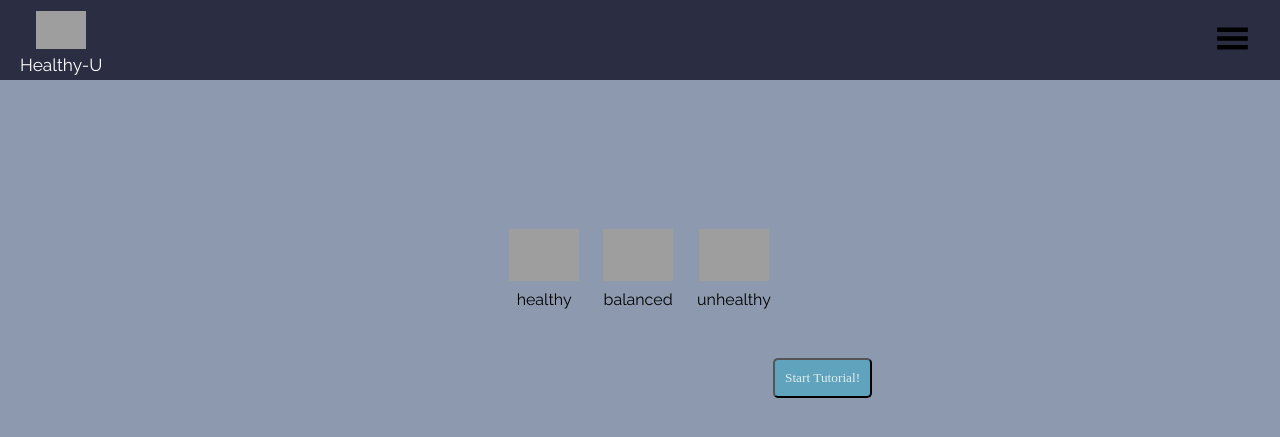
Repository: smashy09/healthy-share
Page: /InformationPage
An editor plug-in stored every save of this project. The page is shown before and after the next save, followed by the edit.
The browser window is 1280 px wide. The pictures show the whole page.
Pictures or frames that could not be fetched are drawn as grey boxes. The project was rebuilt for these pictures with package versions that can differ from the ones it lists, and the page was loaded fresh each time. The framework's server and built-in components were replaced by stand-ins that run in the browser. Also part of the build but not shown: next.config.js.

Above is the page before, as saved 2020-05-14 23:45:50.

### pages/_app.js
// import App from 'next/app'
import './app.css';

function MyApp({ Component, pageProps }) {
    return <Component {...pageProps} />
  }

  // Only uncomment this method if you have blocking data requirements for
  // every single page in your application. This disables the ability to
  // perform automatic static optimization, causing every page in your app to
  // be server-side rendered.
  //
  // MyApp.getInitialProps = async (appContext) => {
  //   // calls page's `getInitialProps` and fills `appProps.pageProps`
  //   const appProps = await App.getInitialProps(appContext);
  //
  //   return { ...appProps }
  // }

  export default MyApp

### pages/_document.js
import Document, { Html, Head, Main, NextScript } from 'next/document'


class MyDocument extends Document {
  static async getInitialProps(ctx) {
    const initialProps = await Document.getInitialProps(ctx)
    return { ...initialProps }
  }

  render() {
    return (
      <Html>
        <Head />
        <body>
        <link href="https://fonts.googleapis.com/css2?family=Raleway&display=swap" rel="stylesheet"></link>
          <Main />
          <NextScript />
        </body>
      </Html>
    )
  }
}

export default MyDocument

### pages/InformationPage/index.js
import Router from 'next/router';
import React from 'react';
import './info.css';
import Header from '../../comps/Header';
import CustomText from '../../comps/CustomText';
import CustomButton from '../../comps/CustomButton';

//Info Page


function NextPage(){
    Router.push("/AnimationPage1");
}
//homePage
const healthyImg = require('./healthyicon.png');
const balancedImg = require('./balancedicon.png');
const unhealthyImg = require('./unhealthyicon.png');

const InformationPage = ({backgroundColor, healthytxt, balancedtxt, unhealthytxt, healthyImg, balancedImg, unhealthyImg}) => <div
style={{backgroundColor:backgroundColor}}

  id="All_info_page">
    <Header/>
    <CustomText fontSize={22}  text="Welcome to Healthy-U!"/>
    <CustomText fontSize={18}  text="Health-U goal is to help you be more aware of
your lifestyle by gathering information based on
your answers for the survey!"/>
 <CustomText fontSize={22} text="How to Use!"/>
 <CustomText fontSize={18} text="Whenever you're ready just click start survey.
There will be 3 questions
Pick the answer that represents you the closest."/>
  <div className="card_answers">
        <div className="options">
            <img src={healthyImg} />
            {healthytxt}
        </div>

        <div className="options">
           <img src={balancedImg} />
            {balancedtxt}
         </div>

        <div className="options">
           <img src={unhealthyImg} />
            {unhealthytxt}
        </div>
    </div>
<CustomText fontSize={18} text="After answering you will be given results
filled with info on how to become a better U! "/>
<div className="info_button">
<CustomButton className="R_button" text="Start Tutorial!" onClick={NextPage}/>
</div>
</div>

InformationPage.defaultProps = {
    place:"New Button",
    color:"#000",
    healthytxt:"healthy",
    balancedtxt:"balanced",
    unhealthytxt:"unhealthy",
    healthyImg:healthyImg,
    balancedImg:balancedImg,
    unhealthyImg:unhealthyImg,
}
export default InformationPage;

### pages/app.css
*{
    font-family: 'Raleway', sans-serif;
}

### pages/InformationPage/info.css
body {
    background-color: #8D99AE;
}

.All_info_page{
    text-align: center;

}
.All_info_page p{
 margin-bottom: 2px;
}

.card_answers{
    display: flex;
    justify-content: center;
    align-items: center;
}

.options{
    display: inline-flex;
    flex-direction: column;
    align-items: center;
    /* border: solid 1px gray; */
    border-radius: 25px;
    margin: 10px;
    padding: 2px;

}

.options img{
    width: 70px;
    height: 70px;
    object-fit: contain;
}

.info_button{
    position: absolute;
    left: 60%;
}

### comps/Header/index.js
import React from 'react';
import Link from 'next/link';
import './header.css'
import {GiHamburgerMenu} from 'react-icons/gi';


const logoImg = require('./logo.png');

const Header = ({ text, color, fontSize, text1, text2, text3,text4, lineHeight}) => <div>
    <div className="HeaderContainer">
        <div className="HeaderLogo" style={{color, fontSize}} > <Link href="/HomePage"><img src={logoImg}/></Link><div>{text}</div></div>
        <div className="HamburgerMenu" onClick={MenuToggle}><GiHamburgerMenu size="35" /></div>
        <div className="HamburgermenuContainer" style={{fontSize, lineHeight}}>
        <Link href="/InformationPage"><div className="HamburgerItem">{text4}</div></Link>
            <Link href="/AnimationPage1"><div className="HamburgerItem">{text1}</div></Link>
            <Link href="/Survey1"><div className="HamburgerItem">{text2}</div></Link>
            <Link href="/ResultPage"><div className="HamburgerItem">{text3}</div></Link>
        </div>
    </div>
</div>

Header.defaultProps = {
    text: "Healthy-U",
    color: "#fff",
    fontSize: "13pt",
    text1: "Tutorial",
    text2: "Survey",
    text3: "Result",
    text4: "Information",
    lineHeight: "2em"
}


var menuState = false;
function MenuToggle() {
    if (menuState === true) {
        document.querySelector(".HamburgermenuContainer").style.display = "none";
        menuState = false;

    } else {
        document.querySelector(".HamburgermenuContainer").style.display = "block";
        menuState = true;
    }
}

export default Header;

### comps/CustomText/index.js
import React from 'react';
import './text.css';


//text

const CustomText = () => <div className="custom_text_box">
<p className="custom_text"></p>
</div>

CustomText.defaultProps = {
    color:"#3A3D42",
    text:"Hello There!",
    fontSize:"10px"
}

export default CustomText;

### comps/CustomButton/index.js
import React from 'react';
import './button.css';

//madec the UI

const CustomButton = ({text, backgroundColor, color, onClick}) => <div className="custom_button_box">
<button className="custom_button" style={{backgroundColor:backgroundColor, color:color}} onClick={onClick} > {text} </button>
</div>

function ButtonClick() {
    alert("clicked")
}

CustomButton.defaultProps = {
    backgroundColor:"#60a3bc",
    color:"#DEEDEC",
    text:"Start Survey",
    onClick:ButtonClick
}
export default CustomButton;

### comps/Header/header.css
body, html{
    margin:0;
}

.HeaderContainer {
    width: 100%;
    height: 80px;
    background-color:#2B2D42;
    display: inline-flex;
    align-items: center;
}

.HeaderLogo:hover {
    opacity: 0.7;
}

.HeaderLogo:hover {
    opacity: 0.7;
}

.HamburgerMenu {
    position: absolute;
    right: 30px;
}

.HamburgerMenu:hover{
    color: white;
}

.HeaderLogo {
    padding-left: 20px;
    display: inline-flex;
    flex-direction: column;
    align-items: center;
    justify-content: center;
}

.HeaderLogo img{
    width: 50px;
    height: 50px;
    object-fit: contain;

}

.HamburgermenuContainer {
    margin: 20px;
    width: 120px;
    background-color: #D9ECF0;
    border-radius: 7%;
    text-align: center;
    padding: 15px;
    position: absolute;
    right: 0;
    top: 35px;
    display: none;
    z-index: 1;
}

.HamburgermenuContainer:hover {
    opacity: 0.8;
}


.HamburgerItem:hover {
    color: rgb(214, 129, 157);
    cursor: pointer;
}

### comps/CustomText/text.css
.custom_text_box{
    font-family: 'Spectral', serif;
    display: flex;
    justify-content: center;
    }

### comps/CustomButton/button.css
.custom_button {
    display: flex;
    border-radius: 5px;
    padding: 10px;
    font-family: 'Spectral', serif;
    cursor: pointer;
    margin: 5px;
    box-shadow: pink 10px;
    }

After the next save:
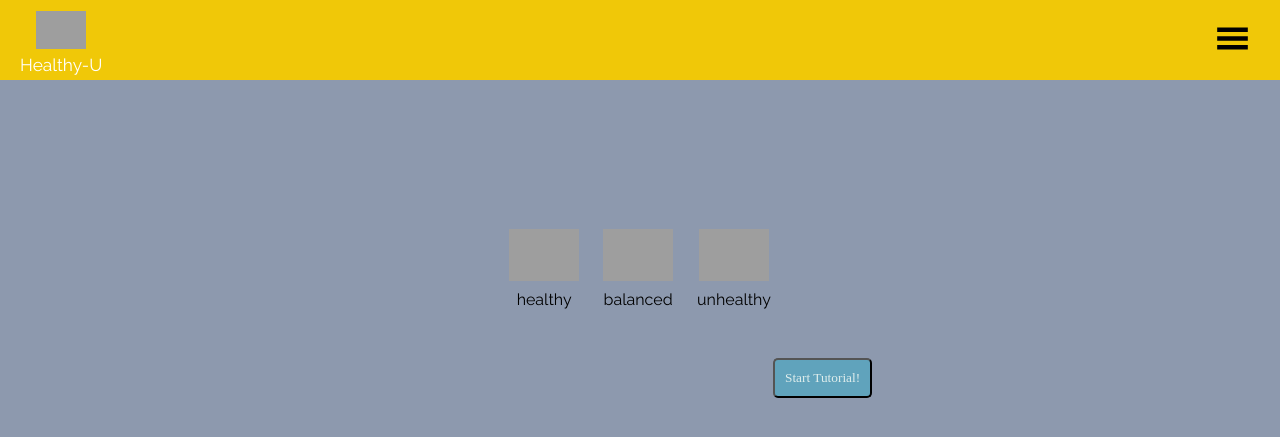
Saved 96 s later.
--- a/comps/Header/header.css
+++ b/comps/Header/header.css
@@ -5,7 +5,7 @@ body, html{
 .HeaderContainer {
     width: 100%;
     height: 80px;
-    background-color:#2B2D42;
+    background-color:#F0C808;
     display: inline-flex;
     align-items: center;
 }
